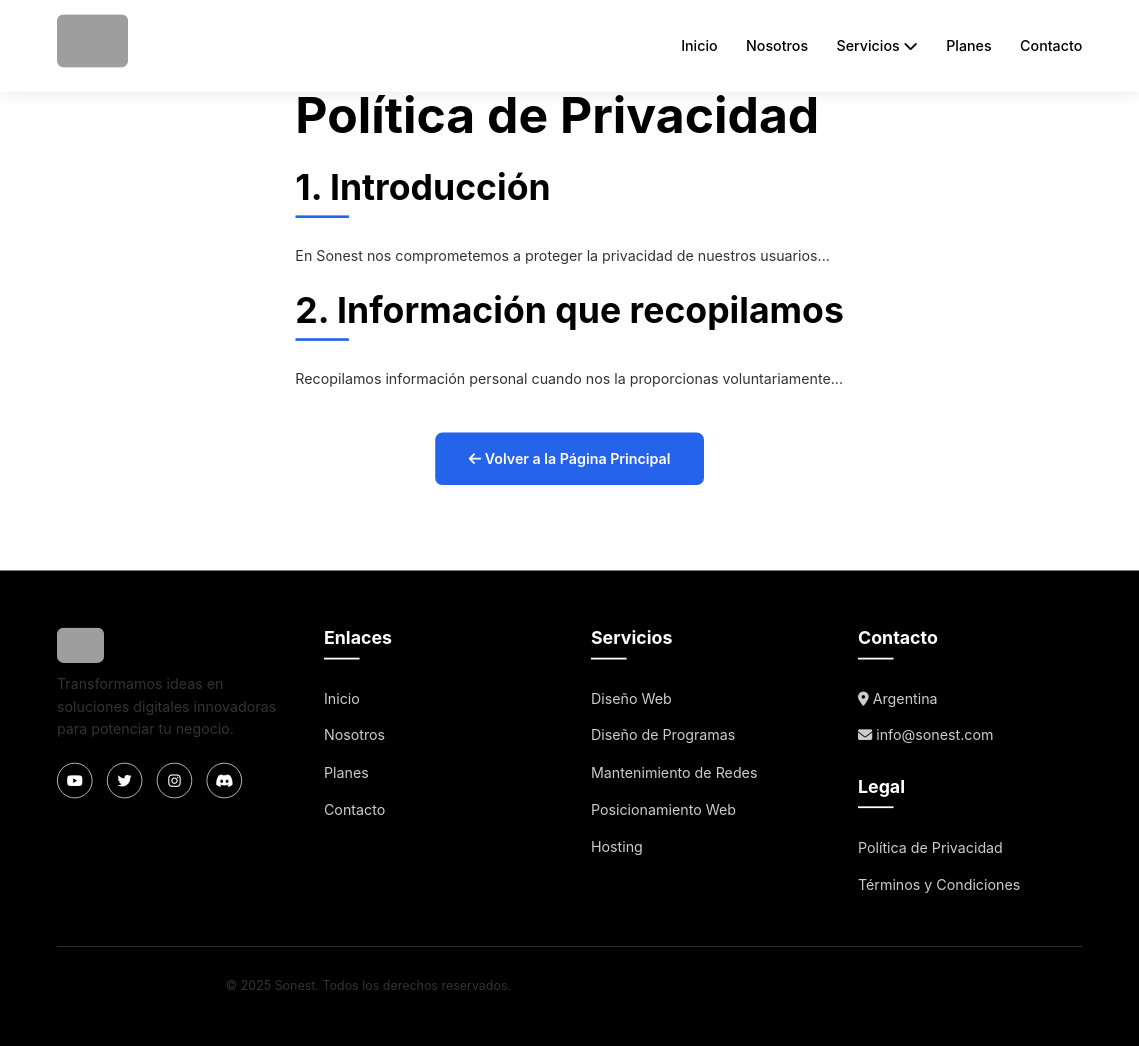
Repository: FabriDevelope/sonest
Page: aviso-legal.html
An editor plug-in stored every save of this project. The page is shown before and after the next save, followed by the edit.
The browser window is 1280 px wide. The pictures show the whole page, at 89% of full size.
Pictures or frames that could not be fetched are drawn as grey boxes.

Above is the page before, as saved 2025-08-03 01:43:50.

After the next save:
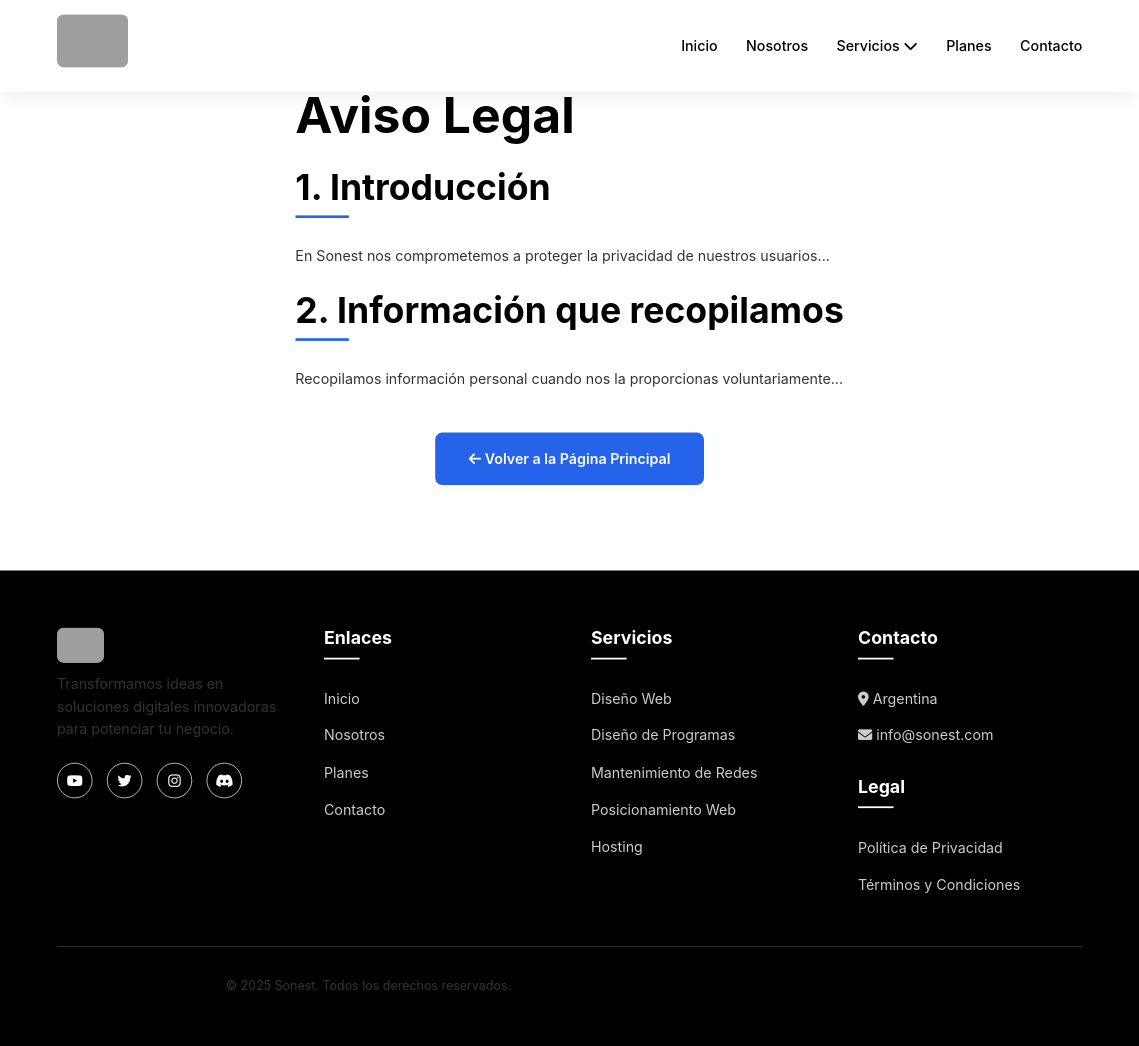
Saved 7 s later.
--- a/aviso-legal.html
+++ b/aviso-legal.html
@@ -261,7 +261,7 @@
 
      <main class="section" style="max-width: 800px; margin: 0 auto;">
         <div class="container">
-            <h1>Política de Privacidad</h1>
+            <h1>Aviso Legal</h1>
 
             <h2>1. Introducción</h2>
             <p>En Sonest nos comprometemos a proteger la privacidad de nuestros usuarios...</p>
